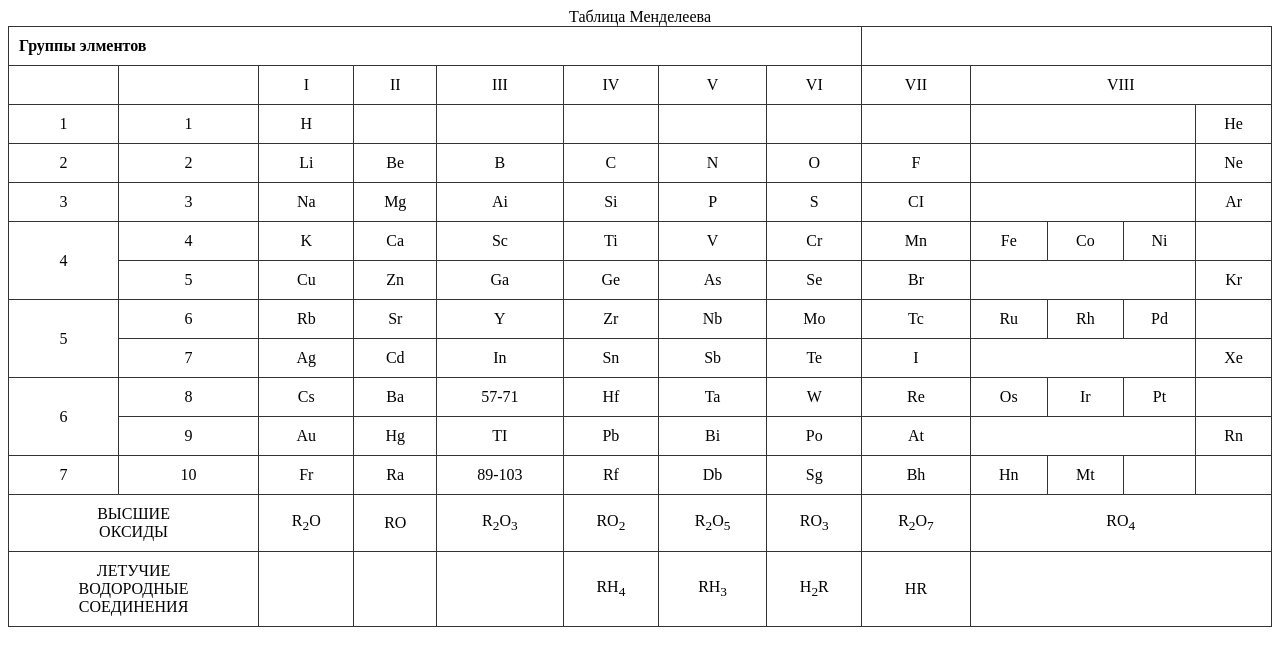
Repository: sannikovcode/exercises-a1
Page: JS/websites/01-periodic table/index.html
These files come from the project's save history. The page is drawn as it stood at one moment and after the next save; the edit follows.
The browser window is 1280 px wide. The pictures show the whole page.

Above is the page before, as saved 2025-10-17 19:34:36.

After the next save:
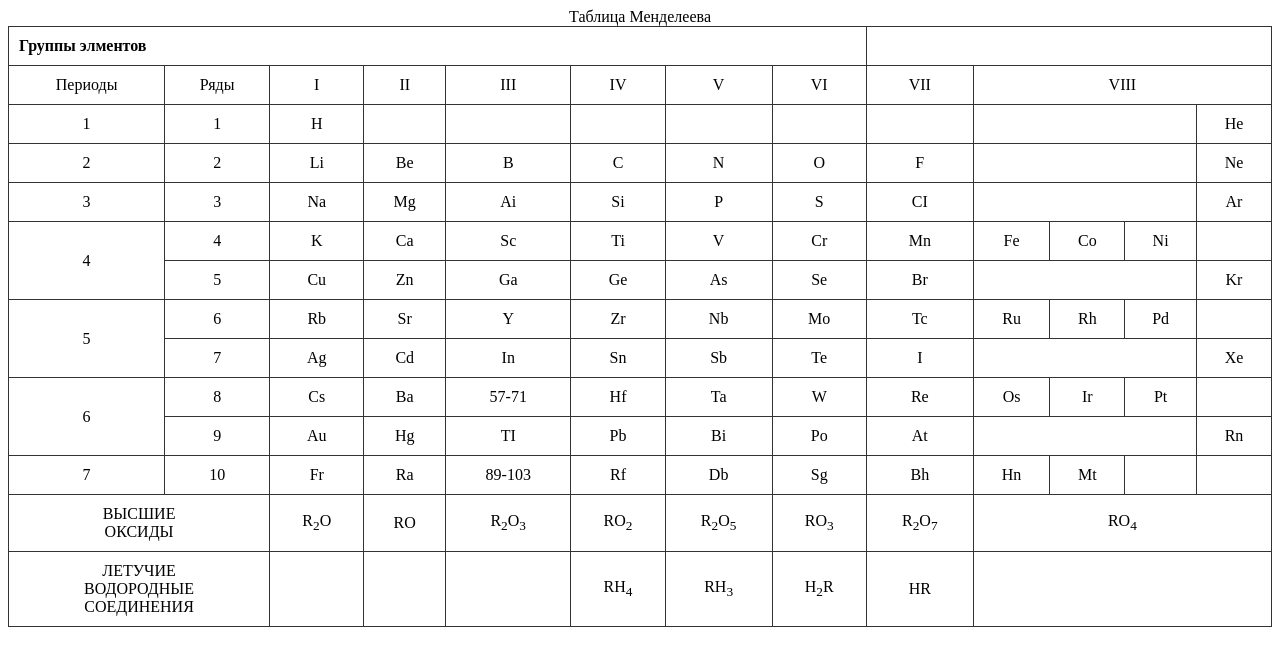
Saved 48 s later.
--- a/JS/websites/01-periodic table/index.html
+++ b/JS/websites/01-periodic table/index.html
@@ -19,8 +19,8 @@
 
         <tbody>
             <tr>
-                <td></td>
-                <td></td>
+                <td>Периоды</td>
+                <td>Ряды</td>
                 <td>I</td>
                 <td>II</td>
                 <td>III</td>
